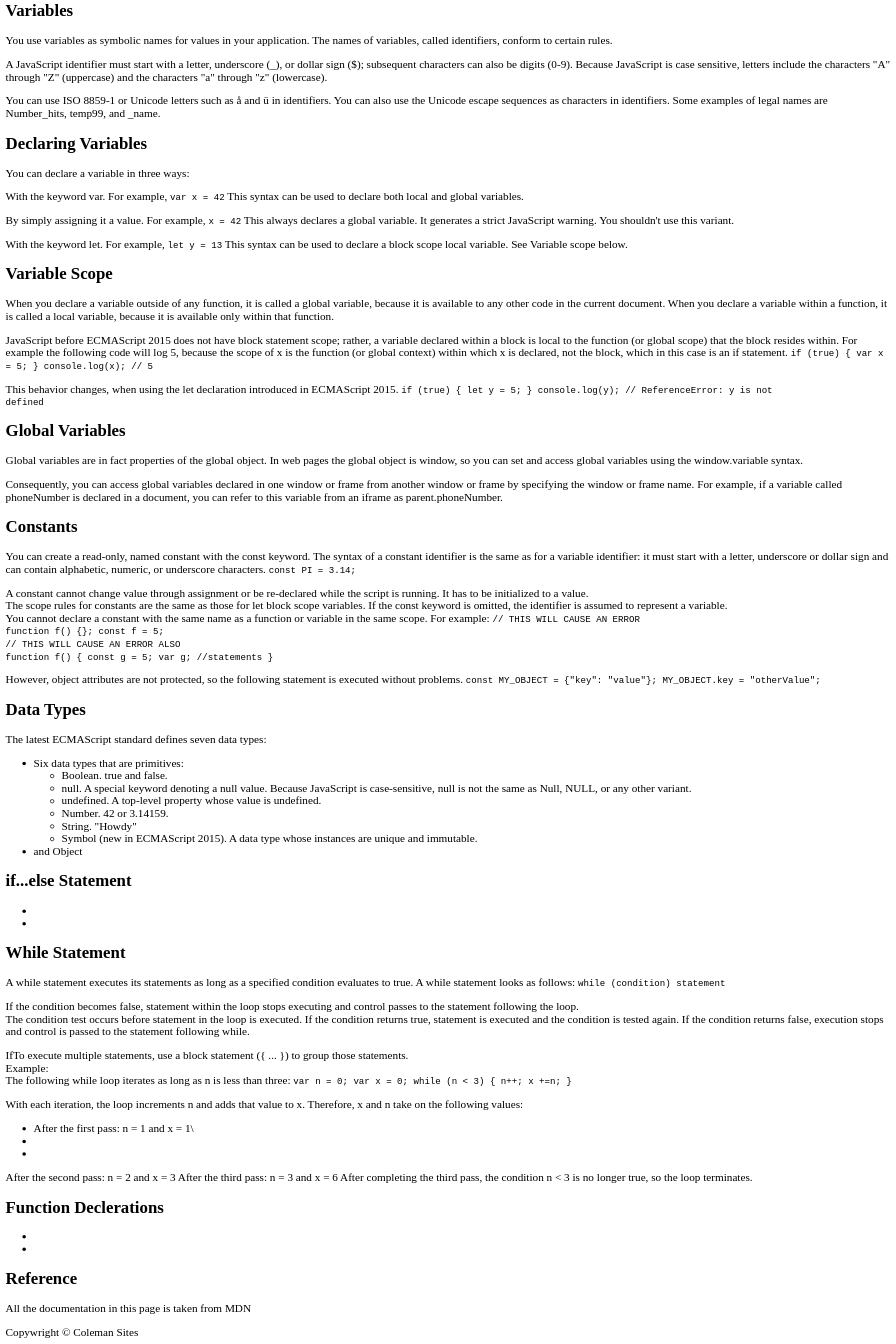
Repository: ctcoleman/technicalDocumentationPage
Page: index.html
The author's editor kept a copy of each file at every save. The page is drawn from the files as they stood at one save, then again after a run of saves.
The browser window is 1280 px wide. The pictures show the part of the page from y = 1143 to 3063 px (the page is 3063 px tall), at 70% of full size.

Above is the page before, as saved 2020-07-09 22:18:42.

After the next 4 saves:
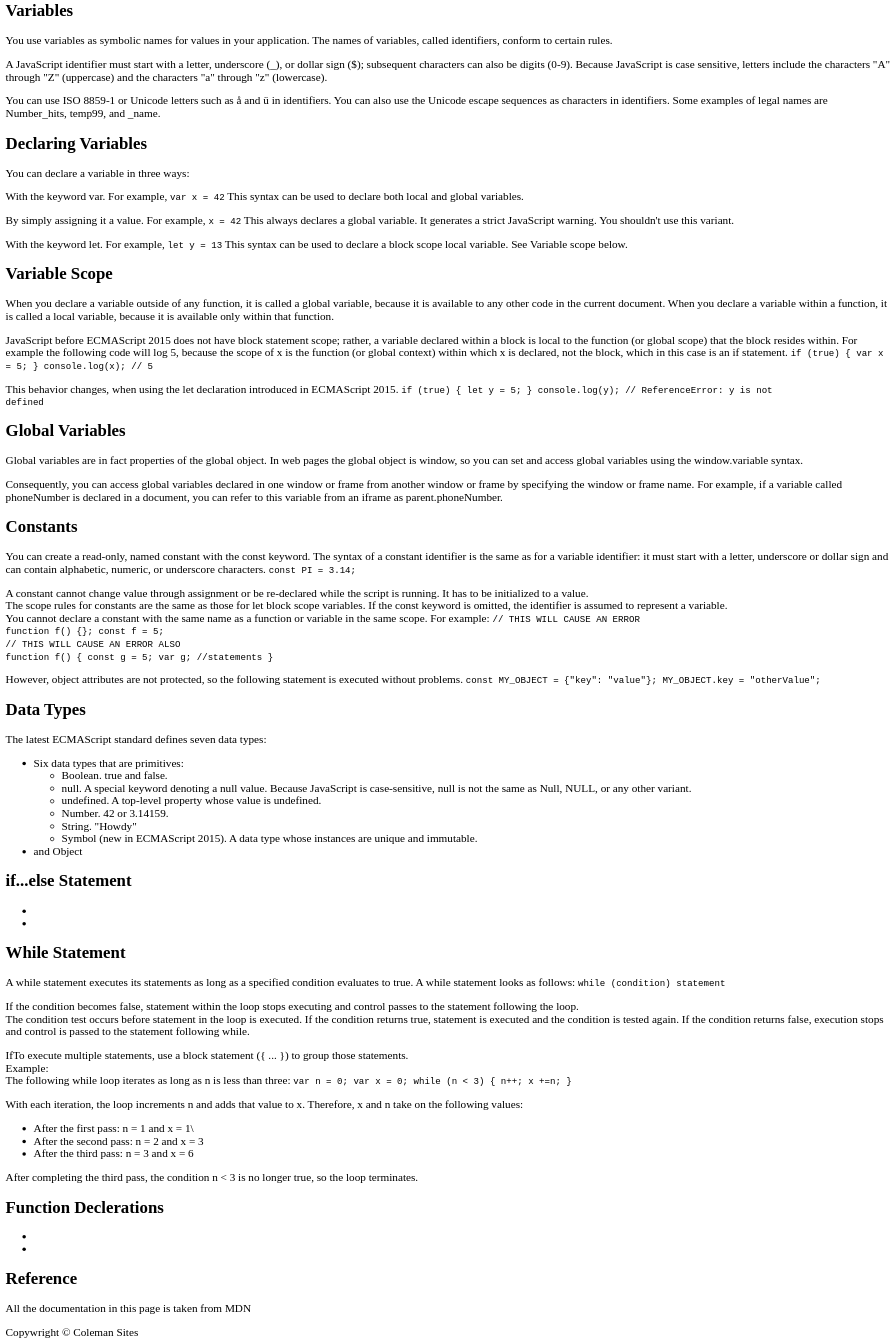
The 4 saves are shown as one change because they came seconds apart.
The last was saved 12 s later.
--- a/index.html
+++ b/index.html
@@ -340,15 +340,12 @@
               After the first pass: n = 1 and x = 1\
             </li>
             <li>
-
+              After the second pass: n = 2 and x = 3
             </li>
             <li>
-
+              After the third pass: n = 3 and x = 6
             </li>
-
           </ul>
-          After the second pass: n = 2 and x = 3
-          After the third pass: n = 3 and x = 6
           After completing the third pass, the condition n < 3 is no longer true, so the loop terminates.
         </p>
       </article>
